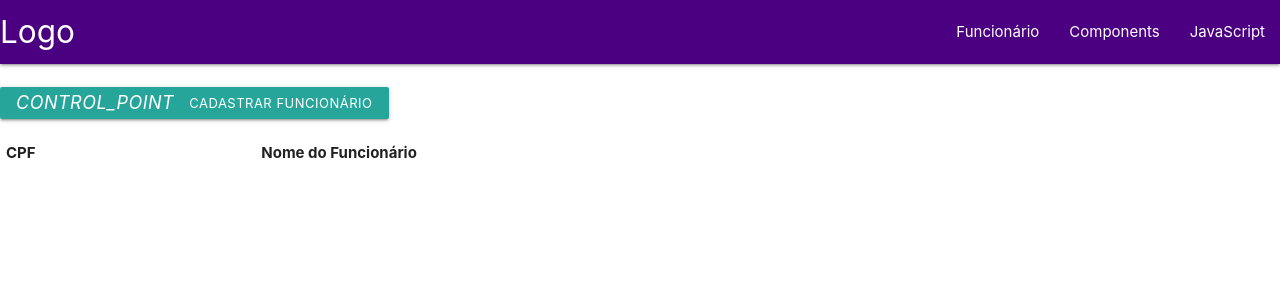
Repository: andrehct/CONCESSIONARIA_BD
Page: http://localhost/Projeto/funcionario/listar.jsp
These files come from the project's save history. The page is drawn as it stood at one moment and after the next save; the edit follows.
The browser window is 1280 px wide. The pictures show the whole page.
The page is served by Tomcat 9. Other server files are loaded and not shown. Queries for data that is not in the repository find no rows.

Above is the page before, as saved 2019-06-28 16:39:33.

### Projeto/WebContent/funcionario/listar.jsp
<%@page import="br.com.concessionaria.factory.DAOFactory"%>
<%@page import="br.com.concessionaria.vo.FuncionarioVO"%>
<%@page import="java.util.List"%>
<%@ page language="java" contentType="text/html; charset=ISO-8859-1" pageEncoding="ISO-8859-1"%>
<%List<FuncionarioVO> lista = DAOFactory.createFuncionarioDAO().listar();%>
<!DOCTYPE html>
<html>
<head>
<meta charset="ISO-8859-1">
<title>::: Lista de Funcionários :::</title>
<%@ include file="../menu.jsp" %>
</head>
<body>
    <br/>
      <a href="inserir.jsp" class="waves-effect waves-light btn-small"><i class="material-icons left">control_point</i>Cadastrar Funcionário</a>
    <br/>
    <table class="collection">
     <thead>
     	<tr>
     	 <th width="10%">CPF</th>
     	 <th width="40%">Nome do Funcionário</th>
     	</tr>
     </thead>
    <%for(int i = 0; i < lista.size(); i++){%>
	<tr <%if(i % 2 == 0){ %> class="collection-item active"<%}else{%><%}%>>
        <td><%=lista.get(i).getCPF()%></td>
        <td><%=lista.get(i).getNome()%></td>
      </tr>
    <%}%>
    </table>
</body>
</html>

### Projeto/WebContent/menu.jsp
<!--Import Google Icon Font-->
<link href="https://fonts.googleapis.com/icon?family=Material+Icons" rel="stylesheet">
<!--Import materialize.css-->
<link type="text/css" rel="stylesheet" href="../css/materialize.min.css"  media="screen,projection"/>

<!--Let browser know website is optimized for mobile-->
<meta name="viewport" content="width=device-width, initial-scale=1.0"/>
<header>
 <nav>
  <div class="nav-wrapper">
    <a href="../index.jsp" class="brand-logo">Logo</a>
    <ul id="nav-mobile" class="right hide-on-med-and-down">
      <li><a href="../FuncionarioController">Funcionário</a></li>
      <li><a href="badges.html">Components</a></li>
      <li><a href="collapsible.html">JavaScript</a></li>
    </ul>
  </div>
</nav>
</header>

<!--JavaScript at end of body for optimized loading-->
<script type="text/javascript" src="../js/materialize.min.js"></script>

### Projeto/src/br/com/concessionaria/factory/DAOFactory.java
package br.com.concessionaria.factory;

import br.com.concessionaria.dao.AutomovelDAO;
import br.com.concessionaria.dao.CargoDAO;
import br.com.concessionaria.dao.ClienteAutomovelDAO;
import br.com.concessionaria.dao.ClienteDAO;
import br.com.concessionaria.dao.CorDAO;
import br.com.concessionaria.dao.FuncVendaAutoDAO;
import br.com.concessionaria.dao.FuncionarioDAO;
import br.com.concessionaria.dao.FuncionarioSalarioDAO;
import br.com.concessionaria.dao.MarcaDAO;
import br.com.concessionaria.dao.ModeloDAO;
import br.com.concessionaria.dao.RevisaoDAO;
import br.com.concessionaria.dao.SeguradoraDAO;
import br.com.concessionaria.dao.SeguroAutomovelDAO;
import br.com.concessionaria.dao.SeguroDAO;
import br.com.concessionaria.dao.TipoAutomovelDAO;

public class DAOFactory {

	public static FuncionarioDAO createFuncionarioDAO() {
		return new FuncionarioDAO();
	}

	public static AutomovelDAO createAutomovelDAO() {
		return new AutomovelDAO();
	}

	public static CargoDAO createCargoDAO() {
		return new CargoDAO();
	}

	public static ClienteAutomovelDAO createClienteAutomovelDAO() {
		return new ClienteAutomovelDAO();
	}

	public static ClienteDAO createClienteDAO() {
		return new ClienteDAO();
	}

	public static CorDAO createCorDAO() {
		return new CorDAO();
	}

	public static FuncionarioSalarioDAO createFuncionarioSalarioDAO() {
		return new FuncionarioSalarioDAO();
	}

	public static FuncVendaAutoDAO createFuncVendaAutoDAO() {
		return new FuncVendaAutoDAO();
	}

	public static MarcaDAO createMarcaDAO() {
		return new MarcaDAO();
	}

	public static ModeloDAO createModeloDAO() {
		return new ModeloDAO();
	}

	public static RevisaoDAO createRevisaoDAO() {
		return new RevisaoDAO();
	}

	public static SeguradoraDAO createSeguradoraDAO() {
		return new SeguradoraDAO();
	}

	public static SeguroAutomovelDAO createSeguroAutomovelDAO() {
		return new SeguroAutomovelDAO();
	}

	public static SeguroDAO createSeguroDAO() {
		return new SeguroDAO();
	}

	public static TipoAutomovelDAO createTipoAutomovelDAO() {
		return new TipoAutomovelDAO();
	}
}

### Projeto/src/br/com/concessionaria/infra/InterfaceDAO.java
package br.com.concessionaria.infra;

import java.util.List;

public interface InterfaceDAO<T> {

	void inserir(T t);

	void alterar(int id, String chave);

	void excluir(int id, String chave);

	T consultar(int id, String chave);

	List<T> listar();

}

### Projeto/src/br/com/concessionaria/dao/FuncionarioDAO.java
package br.com.concessionaria.dao;

import java.sql.Connection;
import java.sql.PreparedStatement;
import java.sql.ResultSet;
import java.util.ArrayList;
import java.util.List;

import br.com.concessionaria.infra.ConexaoDAO;
import br.com.concessionaria.infra.InterfaceDAO;
import br.com.concessionaria.vo.FuncionarioVO;

public class FuncionarioDAO implements InterfaceDAO<FuncionarioVO>{


	private PreparedStatement stmt = null;
	private ResultSet res = null;
	private Connection conn = ConexaoDAO.getConn();
	StringBuilder sql = new StringBuilder();

	@Override
	public void inserir(FuncionarioVO funcionarioVO) {
		try {
			//Montando a query sql
				sql.setLength(0);
				sql.append("INSERT INTO FUNCIONARIO ");
				sql.append("([NUM_CPF],[NOM_FUNCIONARIO],[DES_ENDERECO],");
				sql.append("[DTA_NASCIMENTO],[NUM_RG],");
				sql.append("[DTA_CONTRATACAO],[ID_CARGO],[NUM_NIVEL])");
				sql.append("VALUES (?,?,?,?,?,?,?,?)");
			//Montando o statement para o banco
				stmt = conn.prepareStatement(sql.toString());
				stmt.setString(1, funcionarioVO.getCPF());
				stmt.setString(2, funcionarioVO.getNome());
				stmt.setString(3, funcionarioVO.getEndereco());
				stmt.setString(4, funcionarioVO.getDataNascimento());
				stmt.setString(5, funcionarioVO.getRg());
				stmt.setString(6, funcionarioVO.getDataContratacao());
				stmt.setString(7, Integer.toString(funcionarioVO.getIdCargo()));
				stmt.setString(8, Integer.toString(funcionarioVO.getNivel()));
			//Executando a query no banco
				stmt.executeUpdate();

		}catch(Exception ex) {
			System.out.println("Erro ao tentar inserir o funcionário.");
			ex.printStackTrace();

		}finally {
			ConexaoDAO.liberaConexao(conn, stmt, res);
		}

	}

	@Override
	public void alterar(FuncionarioVO funcionarioVO, String... CPF) {
		try {
			//Montando a query sql
				sql.setLength(0);
				sql.append("UPDATE FUNCIONARIO SET ");
				sql.append("[NUM_CPF] = ?,");
				sql.append("[NOM_FUNCIONARIO] = ?,");
				sql.append("[DES_ENDERECO] = ?,");
				sql.append("[DTA_NASCIMENTO] = ?,");
				sql.append("[NUM_RG] = ?,");
				sql.append("[DTA_CONTRATACAO] = ?,");
				sql.append("[ID_CARGO] = ?,");
				sql.append("[NUM_NIVEL] = ? ");
				sql.append("WHERE [NUM_CPF] = ?");
			//Montando o statement para o banco
				stmt = conn.prepareStatement(sql.toString());
				stmt.setString(1, funcionarioVO.getCPF());
				stmt.setString(2, funcionarioVO.getNome());
				stmt.setString(3, funcionarioVO.getEndereco());
				stmt.setString(4, funcionarioVO.getDataNascimento());
				stmt.setString(5, funcionarioVO.getRg());
				stmt.setString(6, funcionarioVO.getDataContratacao());
				stmt.setString(7, Integer.toString(funcionarioVO.getIdCargo()));
				stmt.setString(8, Integer.toString(funcionarioVO.getNivel()));
				stmt.setString(9, CPF[0]);
			//Executando a query no banco
				stmt.executeUpdate();

		}catch(Exception ex) {
			System.out.println("Erro ao tentar alterar os dados do funcionário.");
			ex.printStackTrace();

		}finally {
			ConexaoDAO.liberaConexao(conn, stmt, res);
		}

	}

	@Override
	public void excluir(String... CPF) {
		try {
			//Montando a query sql
				sql.setLength(0);
				sql.append("DELETE FROM FUNCIONARIO ");
				sql.append("WHERE [NUM_CPF] = ?");
			//Montando o statement para o banco
				stmt = conn.prepareStatement(sql.toString());
				stmt.setString(1, CPF[0]);
			//Executando a query no banco
				stmt.executeUpdate();

		}catch(Exception ex) {
			System.out.println("Erro ao tentar excluir o funcionário.");
			ex.printStackTrace();

		}finally {
			ConexaoDAO.liberaConexao(conn, stmt, res);
		}

	}

	@Override
	public FuncionarioVO consultar(String... CPF) {
		FuncionarioVO func = new FuncionarioVO();
		try {
			//Montando a query sql
				sql.setLength(0);
				sql.append("SELECT ");
				sql.append("[NUM_CPF],");
				sql.append("[NOM_FUNCIONARIO],");
				sql.append("[DES_ENDERECO],");
				sql.append("[DTA_NASCIMENTO],");
				sql.append("[NUM_RG],");
				sql.append("[DTA_CONTRATACAO],");
				sql.append("[ID_CARGO],");
				sql.append("[NUM_NIVEL] FROM FUNCIONARIO ");
				sql.append("WHERE [NUM_CPF] = ?");
			//Montando o statement para o banco
				stmt = conn.prepareStatement(sql.toString());
				stmt.setString(1, CPF[0]);
			//Executando a query no banco
				res = stmt.executeQuery();
			//Pegando a linha de resultado com o next
				res.next();
			//criando funcionario com os dados obtidos
				func.setCPF(res.getString("NUM_CPF"));
				func.setNome(res.getString("NOM_FUNCIONARIO"));
				func.setDataContratacao(res.getString("DTA_CONTRATACAO"));
				func.setDataNascimento(res.getString("DTA_NASCIMENTO"));
				func.setEndereco(res.getString("DES_ENDERECO"));
				func.setIdCargo(res.getInt("ID_CARGO"));
				func.setNivel(res.getInt("NUM_NIVEL"));
				func.setRg(res.getString("NUM_RG"));
		}catch(Exception ex) {
			System.out.println("Erro ao tentar selecionar dados do funcionário.");
			ex.printStackTrace();

		}finally {
			ConexaoDAO.liberaConexao(conn, stmt, res);
		}

		return func;
	}

	@Override
	public List<FuncionarioVO> listar() {
		List<FuncionarioVO> func = new ArrayList<FuncionarioVO>();
		try {
			//Montando a query sql
				sql.setLength(0);
				sql.append("SELECT * FROM FUNCIONARIO");
			//Montando o statement para o banco
				stmt = conn.prepareStatement(sql.toString());
			//Executando a query no banco
				res = stmt.executeQuery();
			//Pegando a linha de resultado com o next
				while(res.next()) {
					FuncionarioVO el = new FuncionarioVO();

					el.setCPF(res.getString("NUM_CPF"));
					el.setNome(res.getString("NOM_FUNCIONARIO"));
					el.setDataContratacao(res.getString("DTA_CONTRATACAO"));
					el.setDataNascimento(res.getString("DTA_NASCIMENTO"));
					el.setEndereco(res.getString("DES_ENDERECO"));
					el.setIdCargo(res.getInt("ID_CARGO"));
					el.setNivel(res.getInt("NUM_NIVEL"));
					el.setRg(res.getString("NUM_RG"));

					func.add(el);
				}
		}catch(Exception ex) {
			System.out.println("Erro ao tentar selecionar dados do funcionário.");
			ex.printStackTrace();

		}finally {
			ConexaoDAO.liberaConexao(conn, stmt, res);
		}

		return func;
	}

}

### Projeto/src/br/com/concessionaria/infra/ConexaoDAO.java
package br.com.concessionaria.infra;

import java.sql.Connection;
import java.sql.PreparedStatement;
import java.sql.ResultSet;
import java.sql.SQLException;


public class ConexaoDAO {


	public static Connection getConn() {
		return DBConexao.getInstance().getConnection();
	}

	public static void liberaConexao(Connection conexao, PreparedStatement pstmt, ResultSet rs) {
		try {
			if(rs != null) {
				rs.close();
				System.out.println("ResultSet Fechado");
			}
			if(pstmt != null) {
				pstmt.close();
				System.out.println("PreparedStatement Fechado");
			}
			if(conexao != null) {
				conexao.close();
				System.out.println("Conexão Fechada");
			}
		} catch (SQLException e) {
			e.printStackTrace();
		}
	}


	public static void main(String[] args) {
		getConn();
	}
}

### Projeto/src/br/com/concessionaria/infra/DBConexao.java
package br.com.concessionaria.infra;

import java.sql.Connection;
import java.sql.DriverManager;
import javax.sql.DataSource;

public class DBConexao {

	private Connection connection = null;

	protected DataSource dataSource = null;
	private static DBConexao instance = new DBConexao();

	public DBConexao(){

	}


	public Connection getConnection() {
		return datasourceConnection();

	}

	private Connection datasourceConnection(){
		try {
			DriverManager.registerDriver(new com.microsoft.sqlserver.jdbc.SQLServerDriver());
			connection = DriverManager.getConnection("jdbc:sqlserver://localhost:1433;databaseName=CONCESSIONARIA;","javaUsu","123456");
			//System.out.println("conectado!");
		} catch (Exception e) {
			e.printStackTrace();
			//System.out.println("Erro ao tentar montar o lookup de conexão com o database.");
		}

		return connection;
	}



	public static DBConexao getInstance() {
		return instance;
	}

	public static void setInstance(DBConexao instance) {
		DBConexao.instance = instance;
	}



}

Loaded but not shown: Projeto/WebContent/css/materialize.min.css (library); Projeto/WebContent/js/materialize.min.js (library)

After the next save:
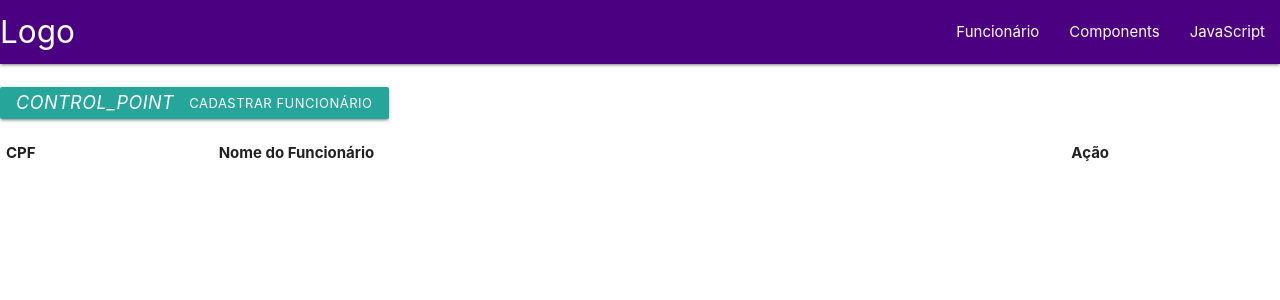
Saved 42 s later.
--- a/Projeto/WebContent/funcionario/listar.jsp
+++ b/Projeto/WebContent/funcionario/listar.jsp
@@ -19,6 +19,7 @@
      	<tr>
      	 <th width="10%">CPF</th>
      	 <th width="40%">Nome do Funcionário</th>
+     	 <th width="10%">Ação</th>
      	</tr>
      </thead>
     <%for(int i = 0; i < lista.size(); i++){%>
